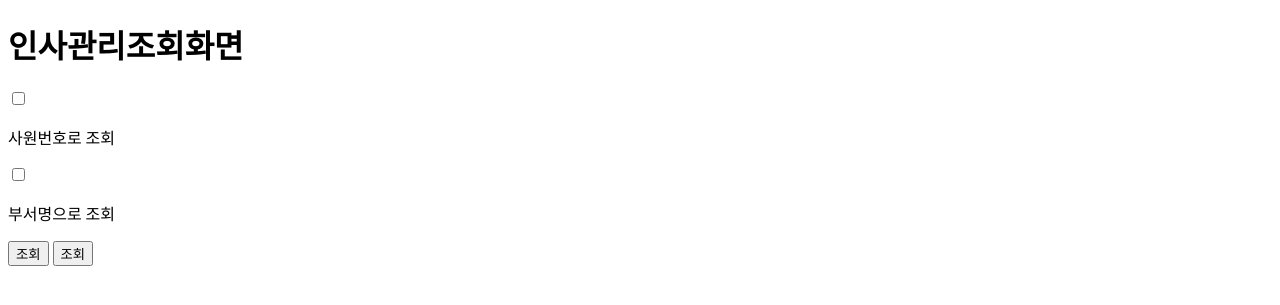
Repository: alsdud0301/jsp_study
Page: http://localhost/practice1/check.jsp
An editor plug-in stored every save of this project. The page is shown before and after the next save, followed by the edit.
The browser window is 1280 px wide. The pictures show the whole page.
The page is served by Tomcat 9.

Above is the page before, as saved 2025-05-21 06:45:50.

After the next save:
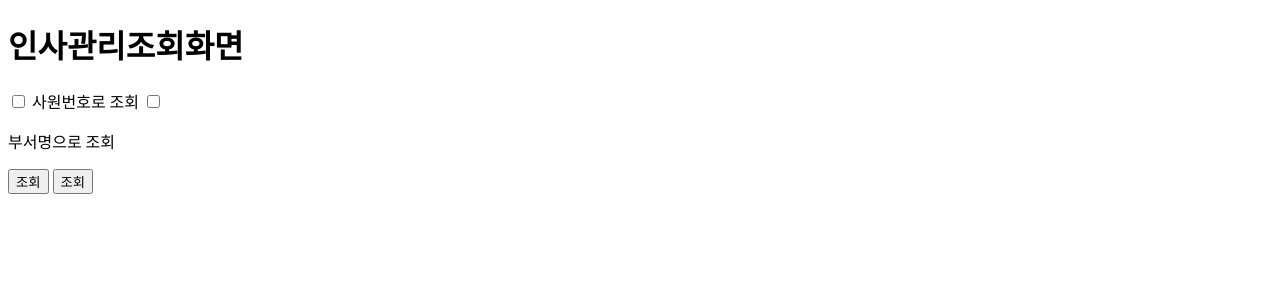
Saved 95 s later.
--- a/practice1/src/main/webapp/check.jsp
+++ b/practice1/src/main/webapp/check.jsp
@@ -10,7 +10,7 @@
 	<h1>인사관리조회화면</h1>
 	<form method="post" action="">
 		<input type="checkbox">
-		<p>사원번호로 조회</p>
+		<span>사원번호로 조회</span>
 		<input type="checkbox">
 		<p>부서명으로 조회</p>
 		<input type="submit" value="조회"> <input type="button"
